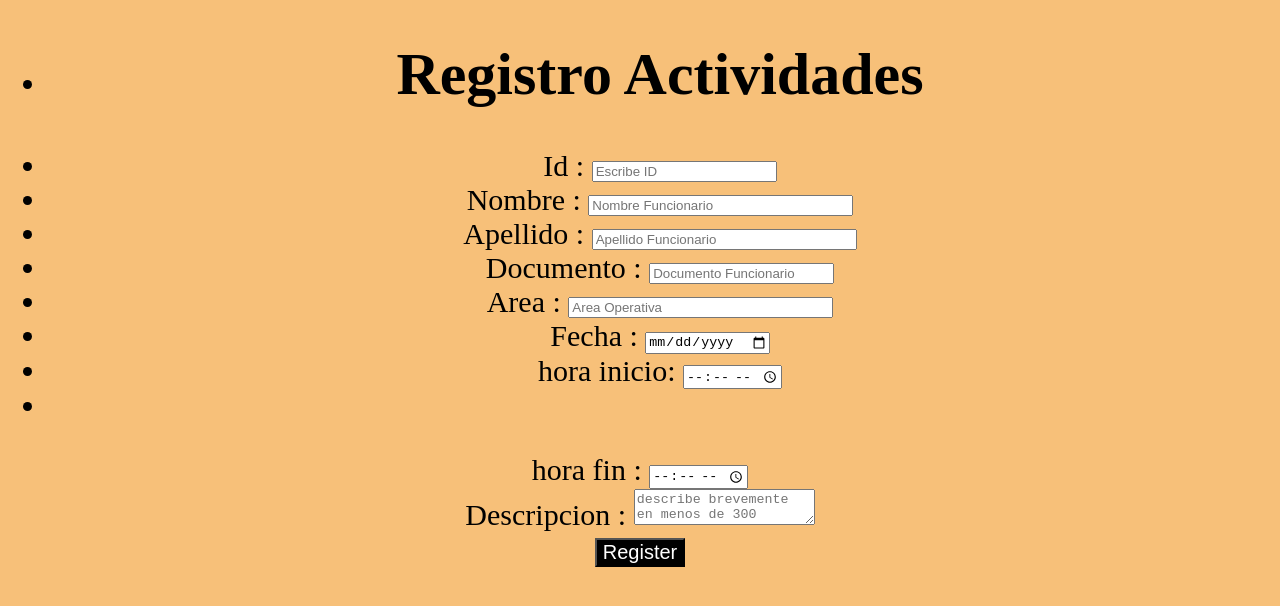
Repository: Yale2024/repo-registro-act
Page: templates/register.html
These files come from the project's save history. The page is drawn as it stood at one moment and after the next save; the edit follows.
The browser window is 1280 px wide. The pictures show the whole page.

Above is the page before, as saved 2024-09-15 07:51:52.

### templates/register.html
<!DOCTYPE html>
<html lang="en">

<head>
    <meta charset="UTF-8">
    <meta name="viewport" content="width=device-width, initial-scale=1.0">
    <link rel="stylesheet" href="static/css/styleRegister.css">
    <script src="static/js/appRegister.js"></script>
    <title>Web App</title>
</head>
<body></body>

    <form class="contact_form" action="/register_user" method="POST">
    <!-- <form method="POST"> -->
        <div>
            <ul>
                <li>
                    <h1>Registro Actividades</h1>
                </li>
                <li>
                    <label for="id">Id :</label>
                    <input type="number"  size="30" name="id" id="Id" placeholder="Escribe ID" required /> <br>
                </li>
                <li>
                    <label for="nombre">Nombre :</label>
                    <input type="text" size="30" name="nombre" id="nombre" placeholder="Nombre Funcionario" required /> <br>
                </li>
                <li>
                    <label for="apellido">Apellido :</label>
                    <input type="text" size="30" name="apellido" id="apellido" placeholder="Apellido Funcionario" required /> <br>
                </li>
                <li>
                    <label for="documento">Documento  :</label>
                    <input type="number" size="30" name="documento" id="documento" placeholder="Documento Funcionario" required /> <br>
                </li>
                <li>
                    <label for="are">Area      :</label>
                    <input type ="text" size="30" name="area" id="area" placeholder="Area Operativa" required /> <br>
                </li>
                <li>
                    <label for="fecha">Fecha     :</label>
                    <input type ="date" size="30" name="fecha" id="fecha" placeholder="AAAA-MM-DD" required /> <br>
                </li>
                <li>
                    <label for="horai">hora inicio:</label>
                    <input type ="time" size="30" name="horai" id="horai" placeholder="hh:mm" required /> <br>
                </li>
                <li>

                </li>
            </ul>
        </div>





        <label for="horaf">hora fin  :</label>
        <input type ="time" size="30" name="horaf" id="horaf" placeholder="hh:mm" required /> <br>
        <label for="mensaje">Descripcion   :</label>
        <textarea name="descripcion" size="300" for="descripcion" placeholder="describe brevemente en menos de 300 carácteres" maxlength="300"></textarea> <br>
        <button>Register</button>
        <!-- <button onclick="register_user()">Register</button> -->
        <!-- <input type="submit" name="enviar" value="enviar datos"/> -->
    </form>
</body>

### static/css/styleRegister.css
form{
    text-align: center;
    font-size: 30px;
}

body{
    background-color: #f7bb6dea;
}

button{
    background-color: black;
    color: white;
    font-size:  20px;
}

### static/js/appRegister.js
function register_user() {
    location.href= '/register_user'
}

After the next save:
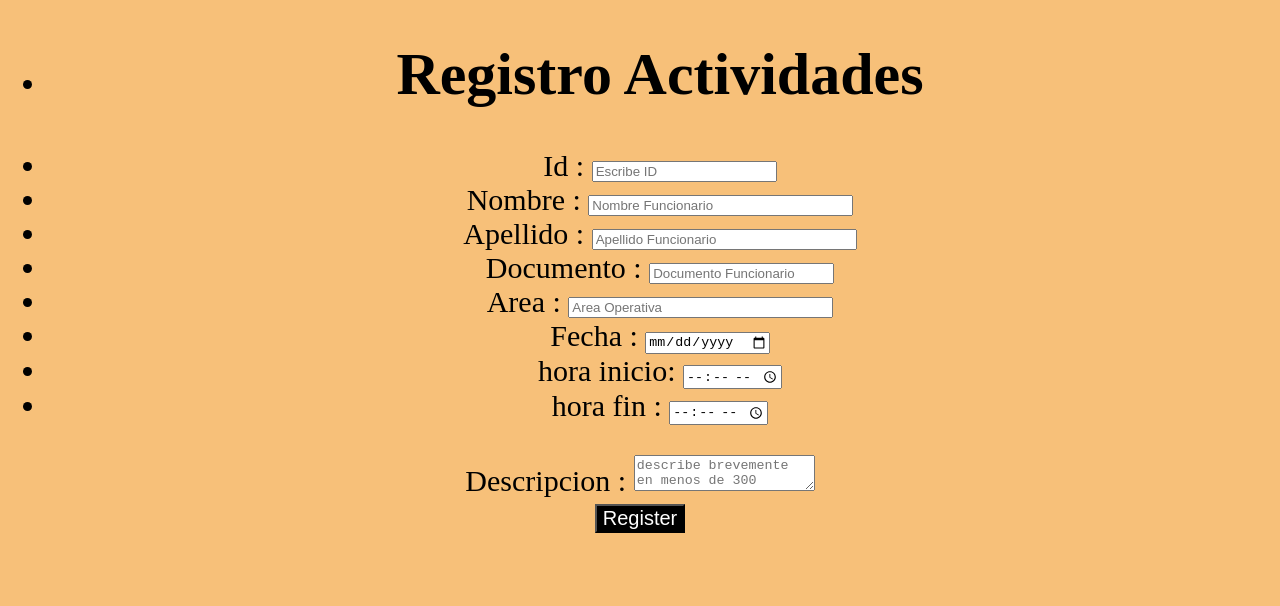
Saved 30 s later.
--- a/templates/register.html
+++ b/templates/register.html
@@ -46,17 +46,12 @@
                     <input type ="time" size="30" name="horai" id="horai" placeholder="hh:mm" required /> <br>
                 </li>
                 <li>
-
+                    <label for="horaf">hora fin  :</label>
+                    <input type ="time" size="30" name="horaf" id="horaf" placeholder="hh:mm" required /> <br>
                 </li>
             </ul>
         </div>
 
-
-
-
-
-        <label for="horaf">hora fin  :</label>
-        <input type ="time" size="30" name="horaf" id="horaf" placeholder="hh:mm" required /> <br>
         <label for="mensaje">Descripcion   :</label>
         <textarea name="descripcion" size="300" for="descripcion" placeholder="describe brevemente en menos de 300 carácteres" maxlength="300"></textarea> <br>
         <button>Register</button>
